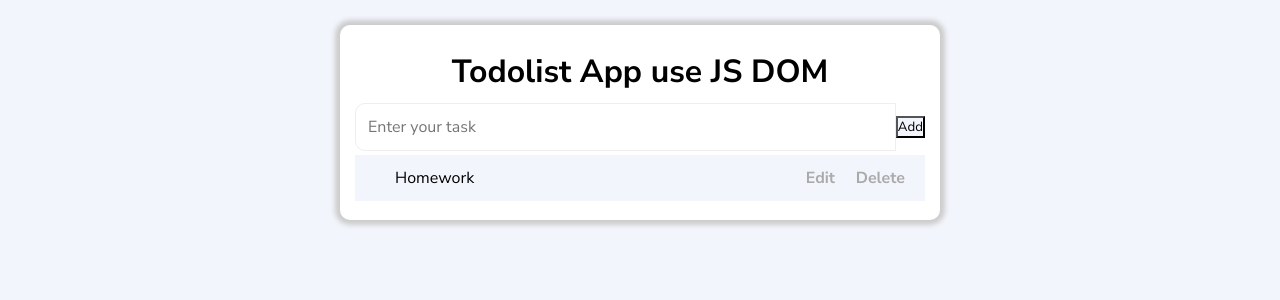
Repository: anhquan74-dev/todolist_app
Page: index.html
These files come from the project's save history. The page is drawn as it stood at one moment and after the next save; the edit follows.
The browser window is 1280 px wide. The pictures show the whole page.
Some web libraries are served in a nearby version.

Above is the page before, as saved 2022-07-21 16:55:23.

### index.html
<!DOCTYPE html>
<html lang="en">
  <head>
    <meta charset="UTF-8" />
    <meta http-equiv="X-UA-Compatible" content="IE=edge" />
    <meta name="viewport" content="width=device-width, initial-scale=1.0" />
    <title>TodoList Web Application</title>
    <link rel="stylesheet" href="style.css" />
    <link
      rel="stylesheet"
      href="https://cdnjs.cloudflare.com/ajax/libs/font-awesome/6.1.1/css/all.min.css"
      integrity="sha512-KfkfwYDsLkIlwQp6LFnl8zNdLGxu9YAA1QvwINks4PhcElQSvqcyVLLD9aMhXd13uQjoXtEKNosOWaZqXgel0g=="
      crossorigin="anonymous"
      referrerpolicy="no-referrer"
    />
  </head>
  <body>
    <div class="todo-app">
      <h1>Todolist App use JS DOM</h1>
      <div class="form-control">
        <input id="input-text" type="text" placeholder="Enter your task" />
        <button id="add-btn">Add</button>
      </div>
      <ul id="list-item">
        <li class="item">
          Homework
          <a class="edit-btn">Edit</a>
          <a class="delete-btn">Delete</a>
        </li>
      </ul>
    </div>
    <script src="main.js"></script>
  </body>
</html>

### style.css
@import url('https://fonts.googleapis.com/css2?family=Nunito+Sans:ital,wght@0,300;0,400;0,600;0,700;0,800;0,900;1,300;1,400;1,600;1,700;1,800;1,900&display=swap');

*, *::after, *::before {
    margin: 0;
    padding: 0;
    box-sizing: border-box;
}
button, input,
body {
    font-family: 'Nunito Sans', sans-serif;
    background-color: #f3f5fc;
}

input {
    background-color: white;
}

.todo-app {
    background-color: white;
    max-width: 600px;
    margin: 25px auto;
    border-radius: 10px;
    padding: 15px;
    box-shadow: 0px 0px 5px 5px #ccc;
}

h1 {
    text-align: center;
    margin: 10px;
}

.form-control {
    display: flex;
    align-items: center;
}

#input-text {
    font-size: 16px;
    padding: 12px;
    width: 100%;
    outline: none;
    border: 1px solid #eee;
    border-radius: 10px 0px 0px 10px;
}

.add-btn {
    font-size: 16px;
    padding: 12px;
    outline: none;
    border: 1px solid #c07cd4;
    border-radius: 0px 10px 10px 0px;
    cursor: pointer;
    background-color: #c07cd4;
    color: white;
}

.add-btn:hover {
    background-color: #a13bc0;
    border: 1px solid #a13bc0;
}

.list-item {
    list-style-type:none;
    margin-top: 20px;
}

.item {
    padding: 12px 12px 12px 40px;
    background-color: #f3f5fc;
    margin:4px 0;
    position: relative;
    overflow: hidden;
    cursor: pointer;
}

.edit-btn,.delete-btn{
    font-weight: 700;
    color: #aaaaaa;
}

.edit-btn {
    position: absolute;
    top: 50%;
    transform: translateY(-50%);
    right: 90px;
}

.delete-btn {
    position: absolute;
    top: 50%;
    transform: translateY(-50%);
    right: 20px;
}

.item:hover  span{
    opacity: 1;
    transform: translateX(-100%);
}

.edit-btn:hover {
    color: black;
}

.delete-btn:hover {
    color: #CF2323;

}

li.checked {
    background-color: #d2d9f0;
    text-decoration: line-through;
}

ul li.checked::before {
    content: '';
    position: absolute;
    border-color: black;
    border-style: solid;
    border-width: 0 2px 2px 0;
    top: 12px;
    left: 20px;
    transform: rotate(45deg);
    height: 15px;
    width: 7px;
  }

### main.js
var list = document.querySelector("ul");
list.addEventListener("click", function (ev) {
  if (ev.target.nodeName === "LI") {
    ev.target.classList.toggle("checked");
  }
});

var close = document.getElementsByClassName("close-btn");
var i;
for (i = 0; i < close.length; i++) {
  close[i].onclick = function () {
    var div = this.parentElement;
    div.style.display = "none";
  };
}
//
function newElement() {
  var li = document.createElement("li");
  var inputValue = document.getElementById("input-text").value;
  var t = document.createTextNode(inputValue);
  li.appendChild(t);
  li.className = "item";
  if (inputValue === "") {
    alert("You must write something!");
  } else {
    document.getElementById("list-item").appendChild(li);
  }
  document.getElementById("input-text").value = "";

  var span = document.createElement("SPAN");
  span.className = "close-btn";
  span.innerHTML = '<i class="fa-solid fa-trash-can">';
  li.appendChild(span);

  for (i = 0; i < close.length; i++) {
    close[i].onclick = function () {
      var div = this.parentElement;
      div.style.display = "none";
    };
  }
}

After the next save:
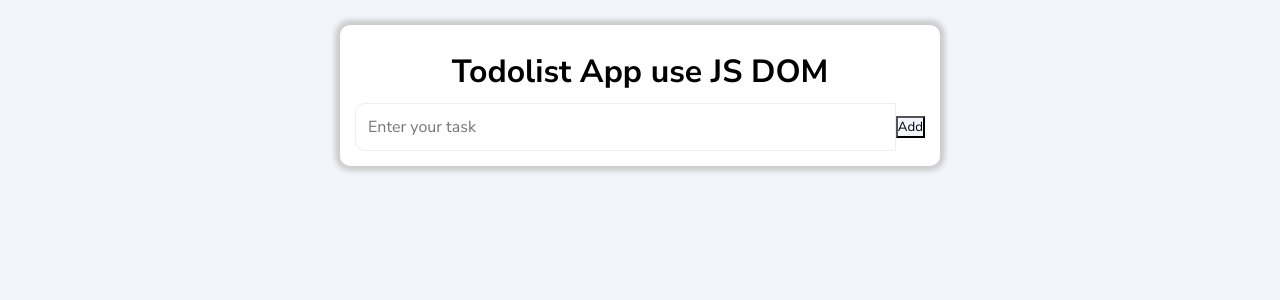
Saved 8 min 20 s later.
--- a/index.html
+++ b/index.html
@@ -22,11 +22,11 @@
         <button id="add-btn">Add</button>
       </div>
       <ul id="list-item">
-        <li class="item">
+        <!-- <li class="item">
           Homework
           <a class="edit-btn">Edit</a>
           <a class="delete-btn">Delete</a>
-        </li>
+        </li> -->
       </ul>
     </div>
     <script src="main.js"></script>
